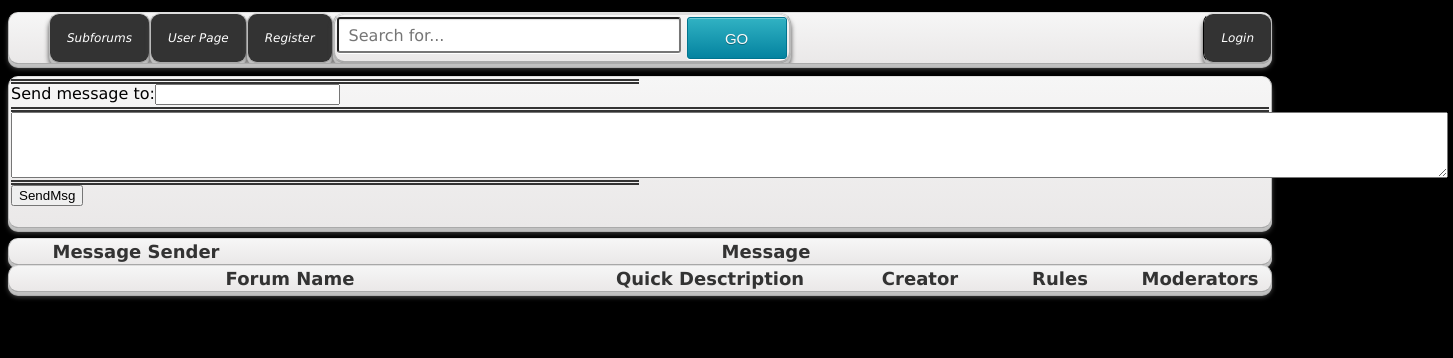
Repository: SuvakovSrdjan/WebForum
Page: http://localhost/Simple-web-forum/UserPage.jsp
These files come from the project's save history. The page is drawn as it stood at one moment and after the next save; the edit follows.
The browser window is 1280 px wide. The page is 1453 px wide, so the pictures cover 1453 px, including what lies to the right of the window. The pictures show the whole page.
The page is served by Tomcat 9. The template is opened directly, without the code that normally fills it, so the values that code supplies are empty.

Above is the page before, as saved 2017-09-18 20:12:38.

After the next save:
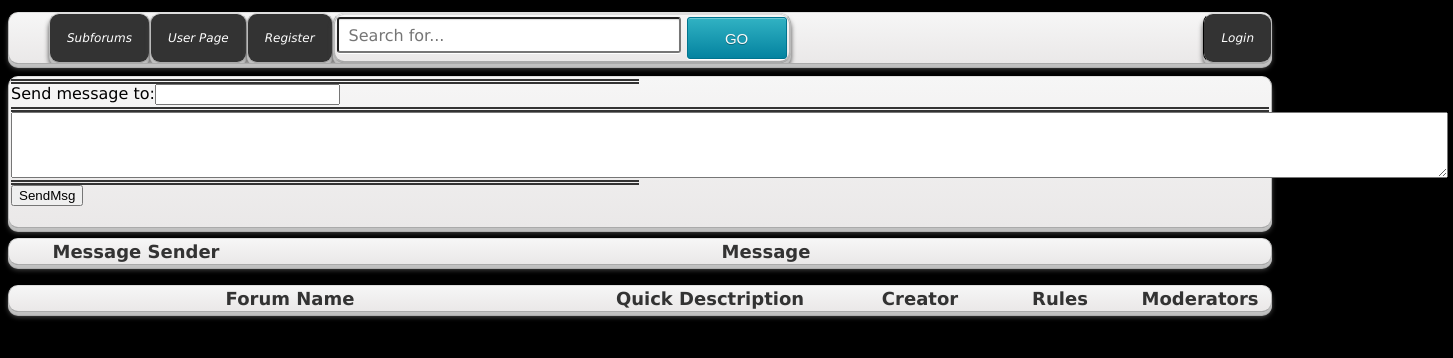
Saved 21 s later.
--- a/Simple-web-forum/WebContent/UserPage.jsp
+++ b/Simple-web-forum/WebContent/UserPage.jsp
@@ -58,7 +58,7 @@
 </c:forEach>
 	</table>
 
-<table>
+<table style="margin-top: 20px;">
 	<tr>
 	<th colspan="4">Forum Name</th>
     <th colspan="2">Quick Desctription</th>
